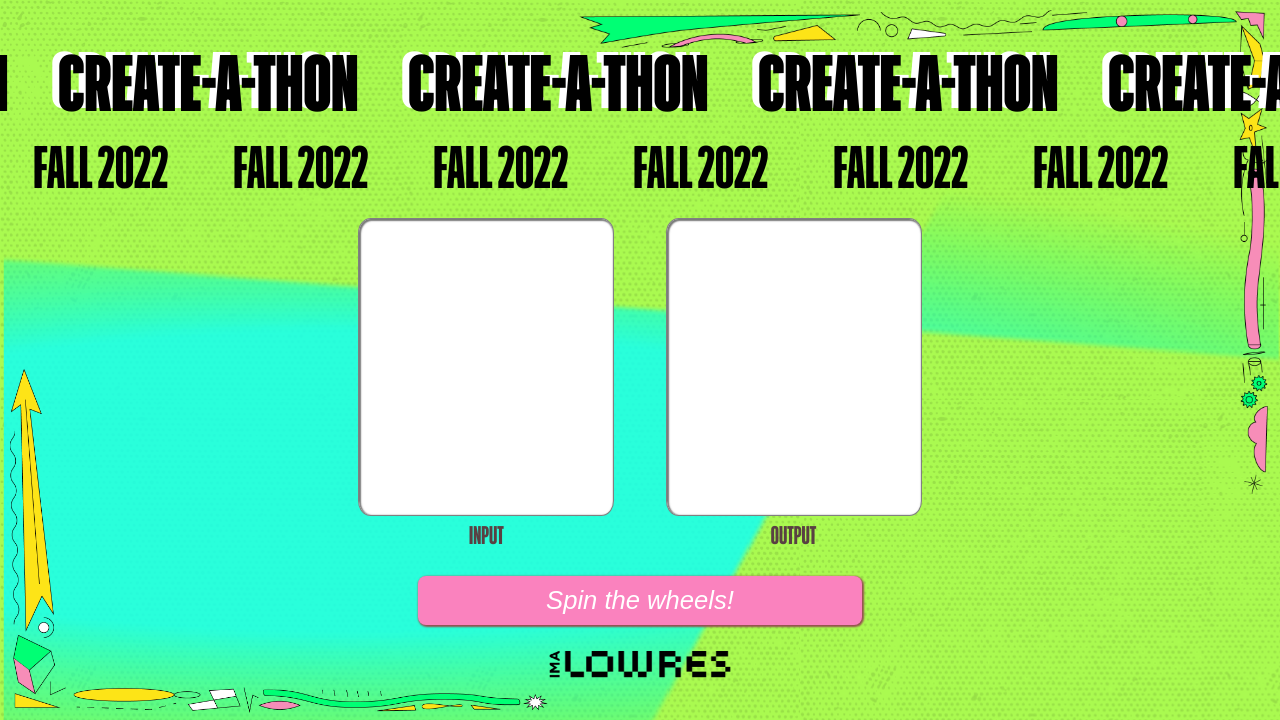
Repository: fakebrianho/IMA-Low-Res-Create-Athon-2022
Page: docs/project-generator/index.html
These files come from the project's save history. The page is drawn as it stood at one moment and after a run of saves; the edit follows.
The browser window is 1280 px wide. The pictures show the whole page.

Above is the page before, as saved 2022-10-26 23:47:02.
Not found: docs/project-generator/libraries/p5.dom.js
Not found: docs/project-generator/libraries/p5.js
Not found: docs/project-generator/libraries/p5.sound.js

After the next 3 saves:
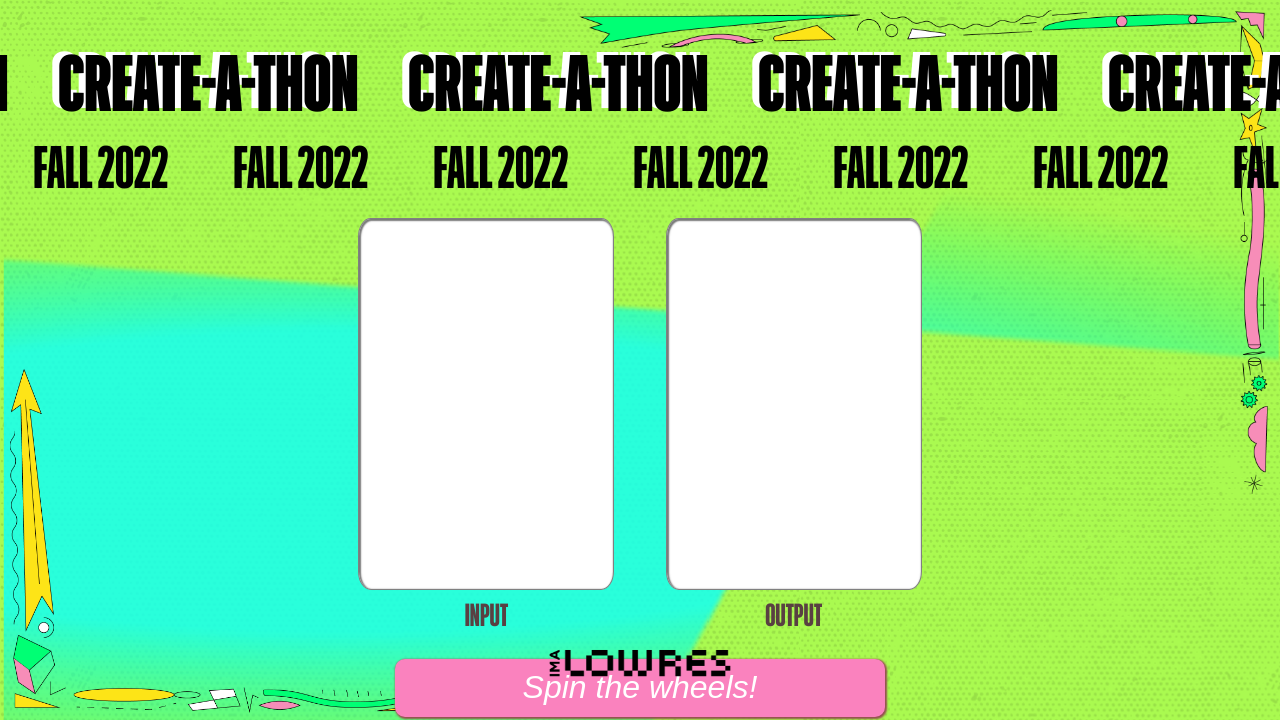
The 3 saves are shown as one change because they came seconds apart.
The last was saved 9 s later.
--- a/docs/project-generator/style.css
+++ b/docs/project-generator/style.css
@@ -15,7 +15,7 @@
 	box-sizing: border-box;
 	/* font-family: 'Open Sans', sans-serif; */
 	font-family: 'Bild Variable V3 Web';
-	/* font-size: 60px; */
+	font-size: 20px;
 	font-weight: 700;
 	hyphens: true;
 	font-synthesis: none;

After the save that followed:
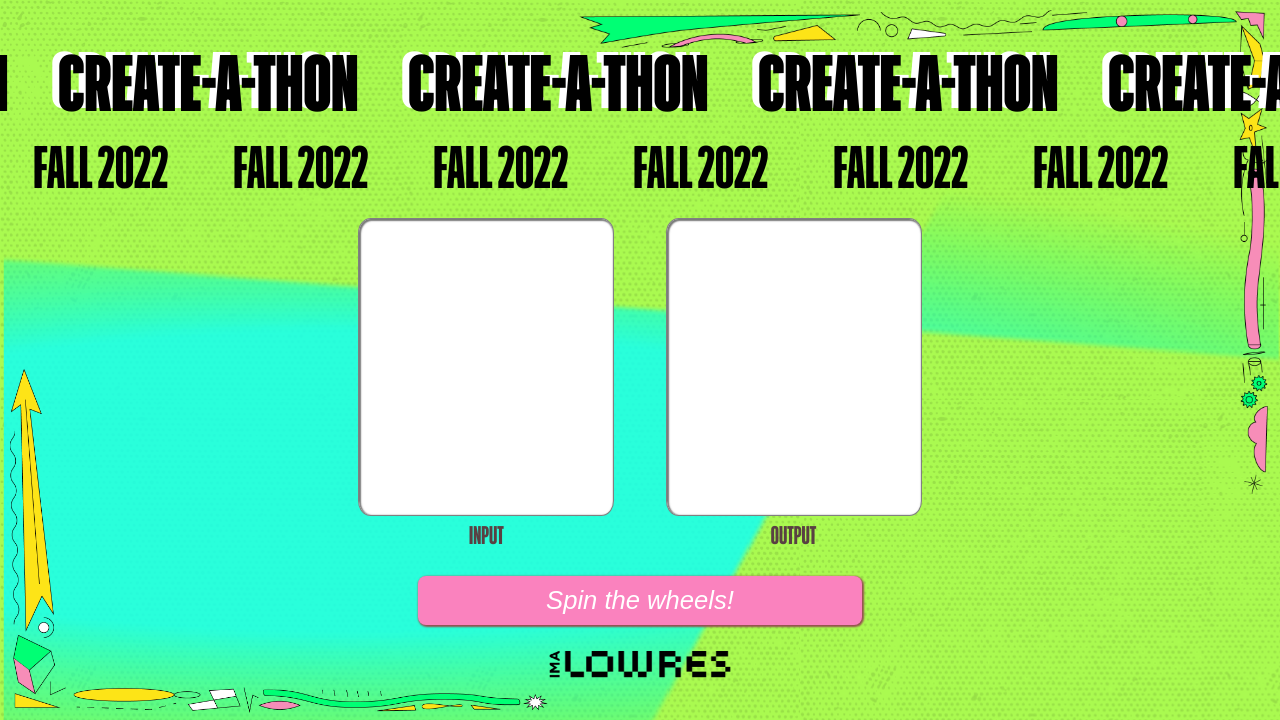
Saved 4 s later.
--- a/docs/project-generator/style.css
+++ b/docs/project-generator/style.css
@@ -15,7 +15,7 @@
 	box-sizing: border-box;
 	/* font-family: 'Open Sans', sans-serif; */
 	font-family: 'Bild Variable V3 Web';
-	font-size: 20px;
+	/* font-size: 20px; */
 	font-weight: 700;
 	hyphens: true;
 	font-synthesis: none;
